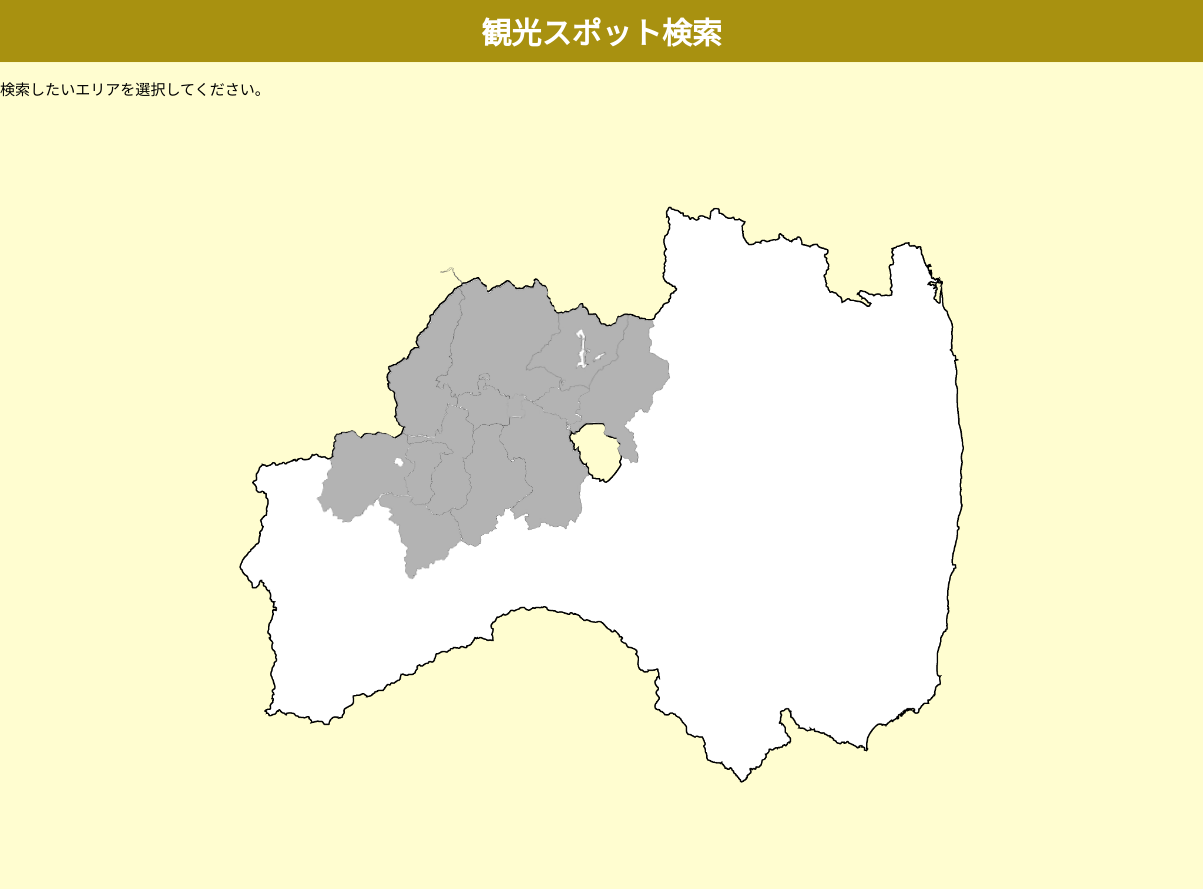
Repository: ryoutana/tanaryou.github.io
Page: Downloads/project/index.html
These files come from the project's save history. The page is drawn as it stood at one moment and after the next save; the edit follows.
The browser window is 1280 px wide. The pictures show the whole page, at 94% of full size.

Above is the page before, as saved 2025-04-29 14:56:42.

After the next save:
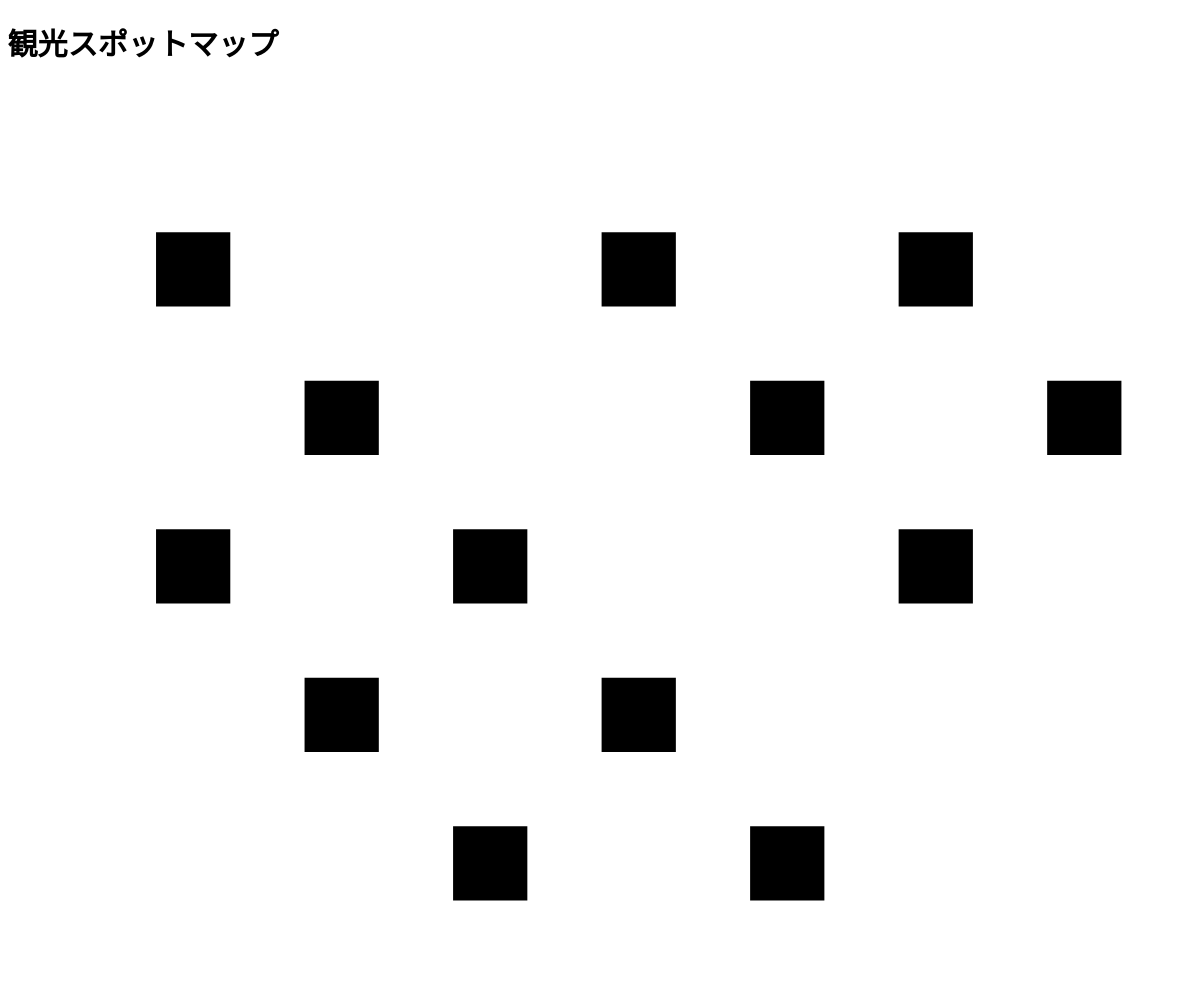
Not found: Downloads/project/style.css
Saved 4 min 21 s later.
--- a/Downloads/project/index.html
+++ b/Downloads/project/index.html
@@ -3,21 +3,42 @@
 <head>
     <meta charset="UTF-8">
     <meta name="viewport" content="width=device-width, initial-scale=1.0">
-    <title>観光スポット検索</title>
-    <link rel="stylesheet" href="styles.css">
+    <title>観光スポットマップ</title>
+    <link rel="stylesheet" href="style.css">
 </head>
 <body>
     <header>
-        <h1 id="pageTitle">観光スポット検索</h1>
+        <h1>観光スポットマップ</h1>
     </header>
     <main>
-        <section id="intro">
-            <p id="introText">検索したいエリアを選択してください。</p>
-            <div id="mapContainer">
-                <img id="introImage" src="福島県白地図.png" alt="福島県の地図">
-                <div id="spotContainer"></div>
-            </div>
-        </section>
+        <svg id="mapContainer" xmlns="http://www.w3.org/2000/svg" viewBox="0 0 800 600">
+            <!-- 会津坂下町 -->
+            <path id="aizubange" d="M100,100 L150,100 L150,150 L100,150 Z" />
+            <!-- 会津若松市 -->
+            <path id="aizuwakamatsu" d="M200,200 L250,200 L250,250 L200,250 Z" />
+            <!-- 会津美里町 -->
+            <path id="aizumisato" d="M300,300 L350,300 L350,350 L300,350 Z" />
+            <!-- 喜多方市 -->
+            <path id="kitakata" d="M400,400 L450,400 L450,450 L400,450 Z" />
+            <!-- 金山町 -->
+            <path id="kaneyama" d="M500,500 L550,500 L550,550 L500,550 Z" />
+            <!-- 三島町 -->
+            <path id="mishima" d="M600,100 L650,100 L650,150 L600,150 Z" />
+            <!-- 昭和村 -->
+            <path id="showa" d="M700,200 L750,200 L750,250 L700,250 Z" />
+            <!-- 西会津町 -->
+            <path id="nishiaizu" d="M100,300 L150,300 L150,350 L100,350 Z" />
+            <!-- 猪苗代町 -->
+            <path id="inawashiro" d="M200,400 L250,400 L250,450 L200,450 Z" />
+            <!-- 湯川村 -->
+            <path id="yugawa" d="M300,500 L350,500 L350,550 L300,550 Z" />
+            <!-- 磐梯町 -->
+            <path id="bandai" d="M400,100 L450,100 L450,150 L400,150 Z" />
+            <!-- 北塩原村 -->
+            <path id="kitashiobara" d="M500,200 L550,200 L550,250 L500,250 Z" />
+            <!-- 柳津町 -->
+            <path id="yanaizu" d="M600,300 L650,300 L650,350 L600,350 Z" />
+        </svg>
     </main>
     <script src="script.js"></script>
 </body>
